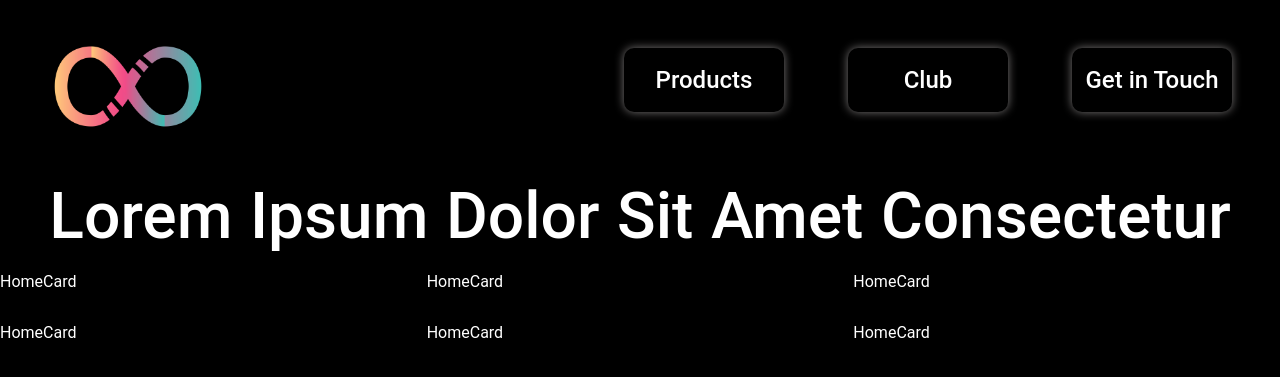
Repository: kapil4457/vizion-internship-project
Page: /
An editor plug-in stored every save of this project. The page is shown before and after the next save, followed by the edit.
The browser window is 1280 px wide. The pictures show the whole page.
The project was rebuilt for these pictures with package versions that can differ from the ones it lists, and the page was loaded fresh each time. Also part of the build but not shown: src/index.css.

Above is the page before, as saved 2022-10-29 09:54:24.

After the next save:
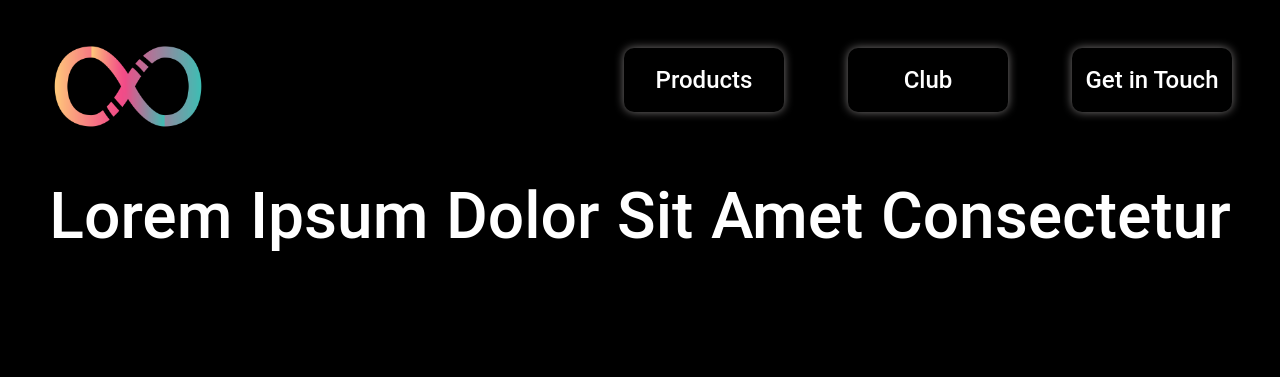
Saved 21 s later.
--- a/src/components/Home/HomeCard.jsx
+++ b/src/components/Home/HomeCard.jsx
@@ -1,7 +1,7 @@
 import React from "react";
 
 const HomeCard = ({ item }) => {
-  return <div>HomeCard</div>;
+  return <div className="home-card"></div>;
 };
 
 export default HomeCard;
